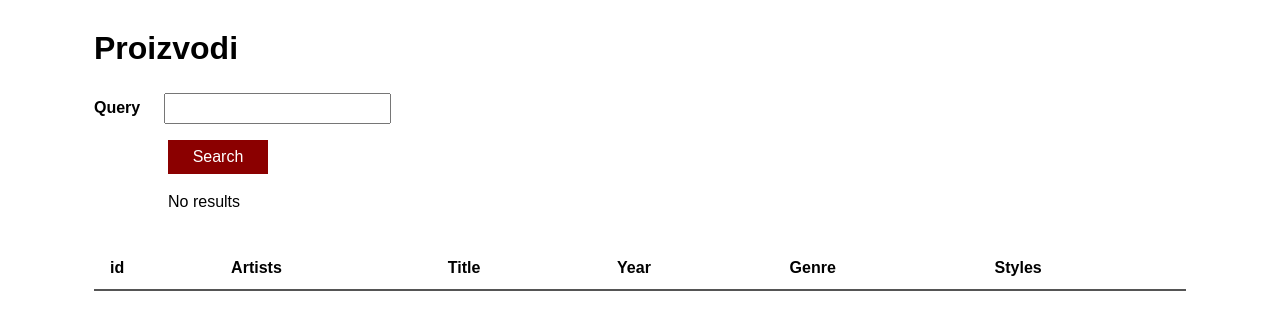
Repository: ivan-baljkas/pristupni_zadatak
Page: / (app in frontend/react-akademija-master/)
These files come from the project's save history. The page is drawn as it stood at one moment and after the next save; the edit follows.
The browser window is 1280 px wide. The pictures show the whole page.
The page's requests for data from a server got no answer. The project was rebuilt for these pictures with package versions that can differ from the ones it lists, and the page was loaded fresh each time. No one was signed in, and anything a server would have sent is missing. Also part of the build but not shown: frontend/react-akademija-master/src/components/TableItem.jsx.

Above is the page before, as saved 2021-07-26 03:18:04.

### frontend/react-akademija-master/public/index.html
<!DOCTYPE html>
<html lang="en">
  <head>
    <meta charset="utf-8" />
    <link rel="icon" href="%PUBLIC_URL%/favicon.ico" />
    <meta name="viewport" content="width=device-width, initial-scale=1" />
    <meta name="theme-color" content="#000000" />
    <meta
      name="description"
      content="Web site created using create-react-app"
    />
    <link rel="apple-touch-icon" href="%PUBLIC_URL%/logo192.png" />
    <!--
      manifest.json provides metadata used when your web app is installed on a
      user's mobile device or desktop. See https://developers.google.com/web/fundamentals/web-app-manifest/
    -->
    <link rel="manifest" href="%PUBLIC_URL%/manifest.json" />
    <!--
      Notice the use of %PUBLIC_URL% in the tags above.
      It will be replaced with the URL of the `public` folder during the build.
      Only files inside the `public` folder can be referenced from the HTML.

      Unlike "/favicon.ico" or "favicon.ico", "%PUBLIC_URL%/favicon.ico" will
      work correctly both with client-side routing and a non-root public URL.
      Learn how to configure a non-root public URL by running `npm run build`.
    -->
    <link rel="stylesheet" type="text/css" href="https://cdnjs.cloudflare.com/ajax/libs/normalize/8.0.1/normalize.min.css">
    <title>Ivan Baljkas</title>
  </head>
  <body>
    <noscript>You need to enable JavaScript to run this app.</noscript>
    <div id="root"></div>
    <!--
      This HTML file is a template.
      If you open it directly in the browser, you will see an empty page.

      You can add webfonts, meta tags, or analytics to this file.
      The build step will place the bundled scripts into the <body> tag.

      To begin the development, run `npm start` or `yarn start`.
      To create a production bundle, use `npm run build` or `yarn build`.
    -->
  </body>
</html>

### frontend/react-akademija-master/src/index.css
body {
  margin: 0;
  font-family: -apple-system, BlinkMacSystemFont, "Segoe UI", "Roboto", "Oxygen",
    "Ubuntu", "Cantarell", "Fira Sans", "Droid Sans", "Helvetica Neue",
    sans-serif;
  -webkit-font-smoothing: antialiased;
  -moz-osx-font-smoothing: grayscale;
}

body {
  max-width: 1140px;
  margin: 0 auto;
  padding: 24px;
  font-family: Arial, sans-serif;
  font-size: 16px;
  line-height: 1.5;
}

h1 {
  margin-top: 0;
}

html {
  box-sizing: border-box;
}
*,
*:before,
*:after {
  box-sizing: inherit;
}

table {
  border-collapse: collapse;
  text-align: left;
  margin-bottom: 2em;
  width: 100%;
}

thead {
  border-bottom: 2px solid #555;
}

thead th,
td {
  padding: 0.6em 1em;
}

tbody tr:nth-child(even) {
  background-color: #e9e9e9;
}

.pagination {
  text-align: center;
}

button {
  margin: 0 1.5em;
  background-color: darkred;
  color: white;
  border-width: 0;
  padding: 0.5em 1em;
  min-width: 100px;
}

button:disabled {
  opacity: 0.5;
}

.stats {
  border-bottom: 1px solid #555;
  padding-bottom: 1em;
  margin-bottom: 1em;
  text-align: center;
}

form div {
  margin-bottom: 1em;
}

form {
  margin-bottom: 2em;
}

form label {
  display: inline-block;
  min-width: 70px;
}

form button,
.result {
  margin-left: 74px;
}

form input {
  padding: 0.25em 0.5em;
}

form label {
  font-weight: bold;
}

### frontend/react-akademija-master/src/App.js
import React, {useState, useEffect} from "react";
import { SearchForm } from "./components/SearchForm";
import { CollectionTable } from "./components/CollectionTable";
import { TableItem } from "./components/TableItem";

const App = () => {

  const [state, setState]= useState({
      proizvodi:[],
      currentPage:1,
      searchQuery:'',
      brand:''
  });

  const [queryResult, setQueryResult]= useState('No results');


  /* Dohvaćanje proizvoda */
useEffect(() => {
  fetch(`http://localhost:8080/api/proizvod`)
    .then((data) => data.json())
    .then((data) => {
      console.log(data)
      setState({...state, proizvodi:data})
    })
    .catch((error)=>{
        console.log('Error: ',error);
    });
}, []);

const handleSearch = (event) => {
  event.preventDefault();
  fetch(
    `https://api.discogs.com/database/search?q=${state.searchQuery}&key=OxnCHJEetGbikaamOyaK&secret=wQCIuWuanmRVVeWqNVFWMfSJldHbqnAi`
  )
    .then((data) => data.json())
    .then((data) => {
      setQueryResult(
        Boolean(data.results.length) ? data.results[0].title : "No results"
      );
    });
};

const handleQueryChange = (event) => {
  const value = event.currentTarget.value;
  setState({ ...state, searchQuery: value });
  };


const handlePrevious = (event) => {
  event.preventDefault();
  const newPage = state.currentPage - 1;

  setState({...state, currentPage:newPage})


};

const handleNext = (event) => {
  event.preventDefault();
  const newPage = state.currentPage + 1;

  setState({...state, currentPage:newPage})
};




  return (
    <div>
      <header>
        <h1>
          Proizvodi
        </h1>
      </header>
      <SearchForm state={state}  handleSearch={handleSearch} handleQueryChange={handleQueryChange}>
          {queryResult}
        </SearchForm>
        <CollectionTable>
        {state.proizvodi.map(proizvod=>(
          <TableItem id={proizvod.id} {...proizvod}/>
        ))}
        </CollectionTable>
    </div>
  );
};

export default App;

### frontend/react-akademija-master/src/components/SearchForm.jsx
import React from 'react'

export const SearchForm = (props) =>{

    return(
        <div>
            <form  onClick={props.handleSearch}>
            <div>

                <label htmlFor="query">Query </label>
                <input type="text" id="query" name="query" onChange={props.handleQueryChange}/>
            </div>
            <div>
                <button type="submit">Search</button>
                <p class="result">{props.children}</p>
            </div>

            </form>

        </div>
    );
};

### frontend/react-akademija-master/src/components/CollectionTable.jsx
import React from 'react'

export const CollectionTable = (props) =>{

    return(
        <div>
            <table>
            <thead>
                <tr>
                    <th>id</th>
                    <th>Artists</th>
                    <th>Title</th>
                    <th>Year</th>
                    <th>Genre</th>
                    <th>Styles</th>
                </tr>
            </thead>
             <tbody>
                {props.children}
            </tbody>

            </table>
        </div>
    );
};

Loaded but not shown: frontend/react-akademija-master/src/index.js (common file); frontend/react-akademija-master/src/reportWebVitals.js (common file)

After the next save:
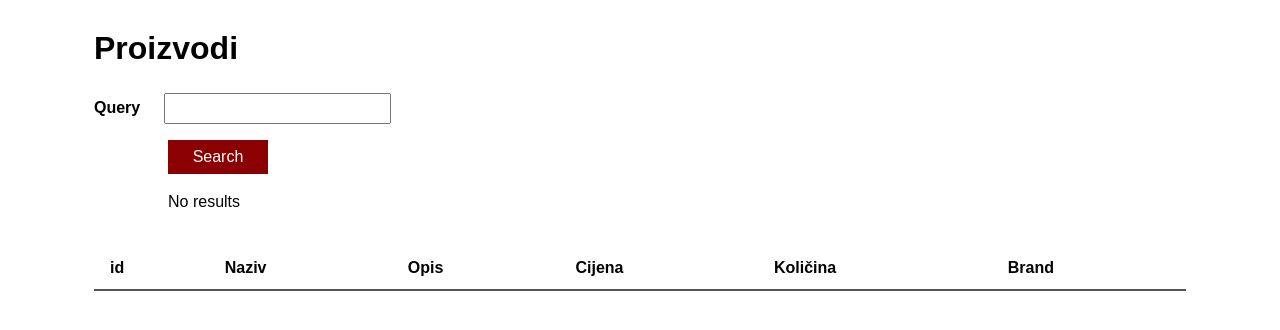
Saved 42 s later.
--- a/frontend/react-akademija-master/src/components/CollectionTable.jsx
+++ b/frontend/react-akademija-master/src/components/CollectionTable.jsx
@@ -8,11 +8,11 @@ export const CollectionTable = (props) =>{
             <thead>
                 <tr>
                     <th>id</th>
-                    <th>Artists</th>
-                    <th>Title</th>
-                    <th>Year</th>
-                    <th>Genre</th>
-                    <th>Styles</th>
+                    <th>Naziv</th>
+                    <th>Opis</th>
+                    <th>Cijena</th>
+                    <th>Količina</th>
+                    <th>Brand</th>
                 </tr>
             </thead>
              <tbody>
